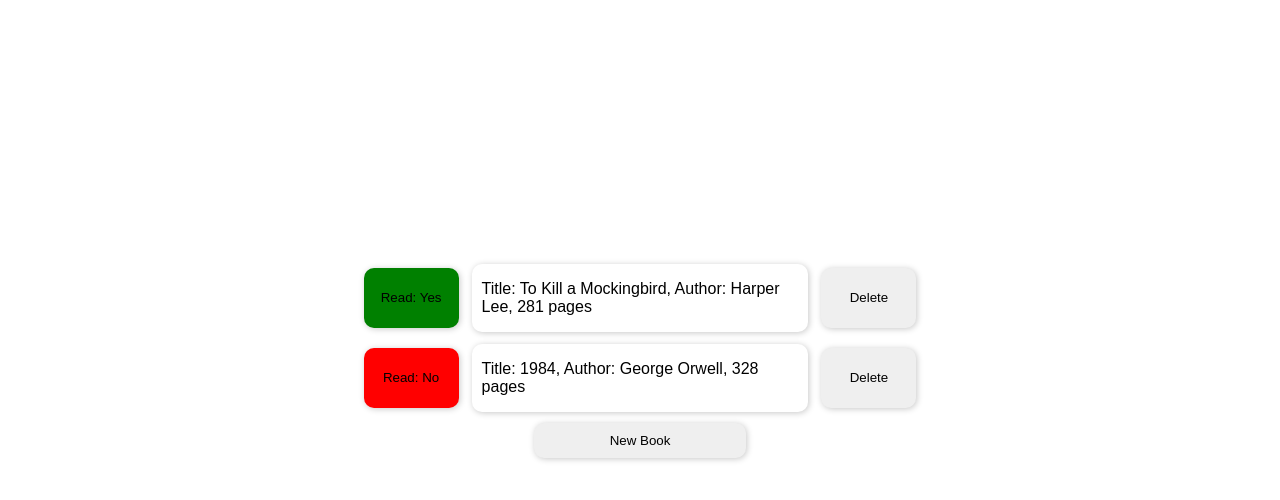
Repository: kocokoy/library
Page: index.html
The author's editor kept a copy of each file at every save. The page is drawn from the files as they stood at one save, then again after the next save.
The browser window is 1280 px wide. The pictures show the whole page.

Above is the page before, as saved 2024-11-07 09:56:47.

After the next save:
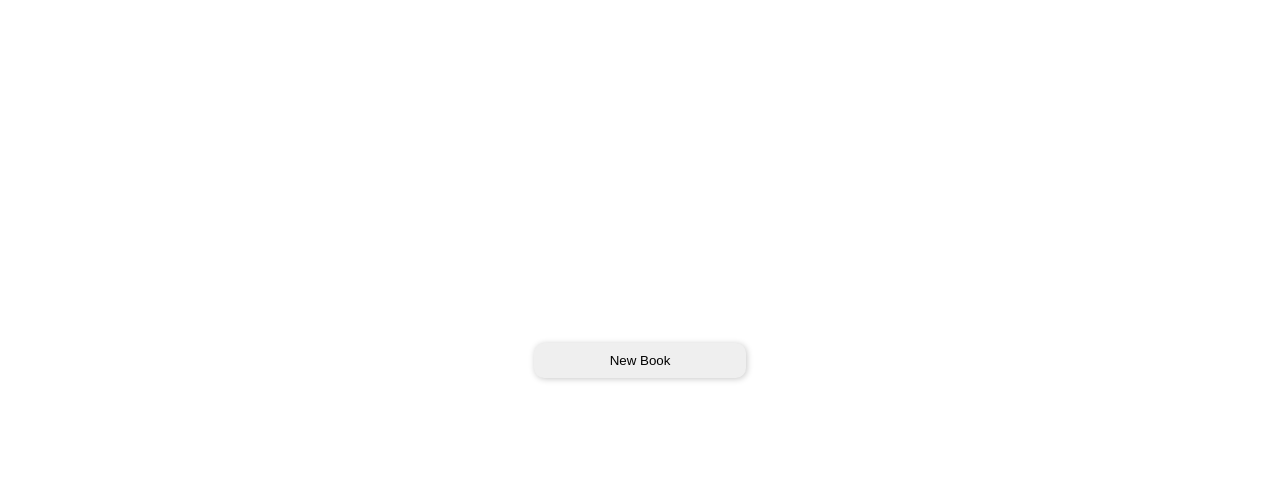
Console error: RangeError: Maximum call stack size exceeded
Saved 26 s later.
--- a/script.js
+++ b/script.js
@@ -80,17 +80,15 @@
   const deleteButtonParentElement = document.querySelector('.jsBookDisplay');
   deleteButtonParentElement.addEventListener('click', (event) => {
     const element = event.target.closest('.book-card');
-     id = element.getAttribute('data-id');
+     let id = element.getAttribute('data-id');
     return id;
   });
 
 }
 
 function deleteButtonClicked(){
-  let id = getDataID();
-  console.log(id);
-  myLibrary.splice(1,1);
-  // displayBookToLibrary();
+  myLibrary.splice(getDataID(),1);
+  displayBookToLibrary();
 }
 
 function readButtonClicked(){

After the 4 saves that followed:
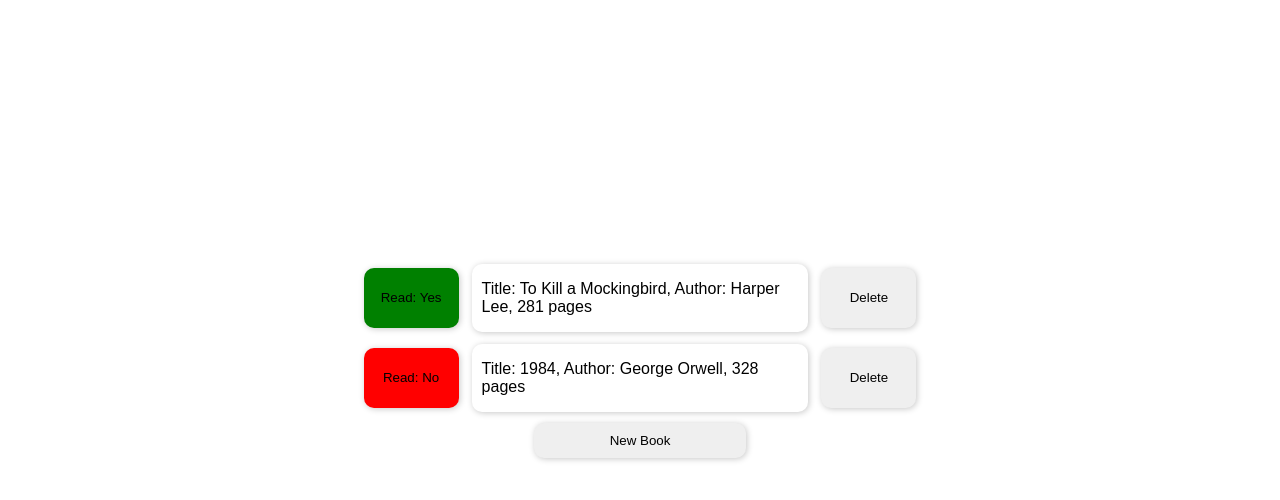
The error is gone.
The 4 saves are shown as one change because 3 left the picture as it was.
The last was saved 7 min 52 s later.
--- a/script.js
+++ b/script.js
@@ -76,32 +76,28 @@
   readButtonClicked();
 }
 
-function getDataID(){
+
+function deleteButtonClicked(){
   const deleteButtonParentElement = document.querySelector('.jsBookDisplay');
   deleteButtonParentElement.addEventListener('click', (event) => {
     const element = event.target.closest('.book-card');
-     let id = element.getAttribute('data-id');
-    return id;
+    const id = element.getAttribute('data-id');
+    myLibrary.splice(id,1);
+    displayBookToLibrary();
   });
-
 }
 
-function deleteButtonClicked(){
-  myLibrary.splice(getDataID(),1);
-  displayBookToLibrary();
-}
 
 function readButtonClicked(){
-  const readButtonElement = document.querySelectorAll('.jsReadButton');
-  readButtonElement.forEach(button => {
-    button.addEventListener('click', (event) => {
-      const readElement = event.target.closest('.book-card');
-      const readId = readElement.getAttribute('data-id');
-      myLibrary[readId].read = !myLibrary[readId].read;
-      displayBookToLibrary();
-    })
-  })
-}
+  const deleteButtonParentElement = document.querySelector('.jsBookDisplay');
+  deleteButtonParentElement.addEventListener('click', (event) => {
+    const element = event.target.closest('.book-card');
+    const id = element.getAttribute('data-id');
+    myLibrary[id].read = !myLibrary[id].read;
+    displayBookToLibrary();
+  });
+};
+
 
 
 bookButtonElement.addEventListener('click', () => {
